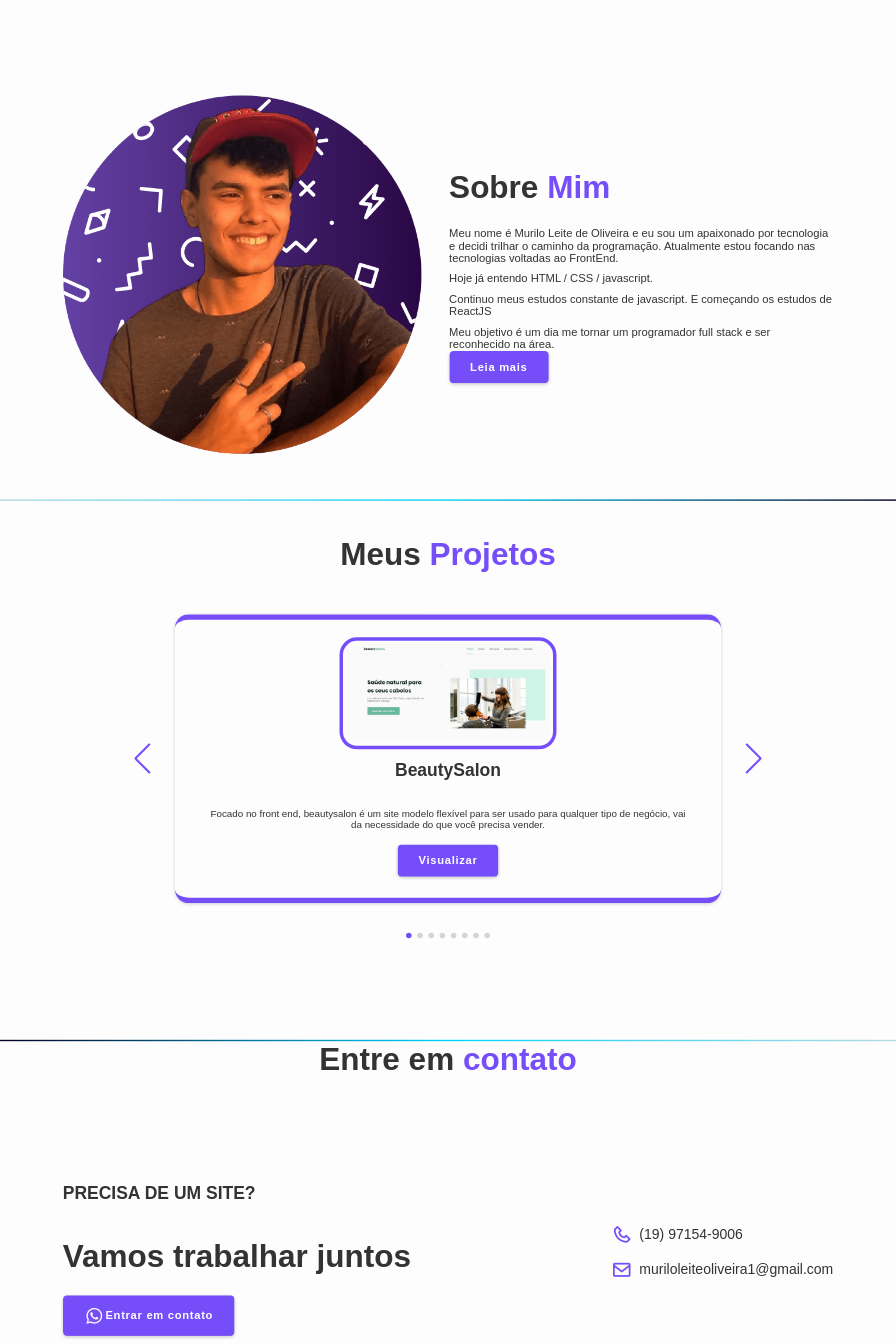
Repository: devMuriloOliveira/Portfolio-
Page: index.html
An editor plug-in stored every save of this project. The page is shown before and after the next save, followed by the edit.
The browser window is 1280 px wide. The pictures show the part of the page from y = 829 to 2749 px (the page is 3020 px tall before and 3085 px after), at 70% of full size.

Above is the page before, as saved 2023-03-14 19:53:48.

### index.html
<!DOCTYPE html>
<html lang="en">
  <head>
    <meta charset="UTF-8" />
    <meta http-equiv="X-UA-Compatible" content="IE=edge" />
    <meta name="viewport" content="width=device-width, initial-scale=1.0" />
    <title>Murilo Oliveira</title>

    <!--swiper css-->
    <link
      rel="stylesheet"
      href="https://cdn.jsdelivr.net/npm/swiper@9/swiper-bundle.min.css"
    />

    <!--box icons-->
    <link
      href="https://unpkg.com/boxicons@2.1.4/css/boxicons.min.css"
      rel="stylesheet"
    />

    <!--font-->
    <link
      rel="stylesheet"
      href="https://fonts.googleapis.com/css2?family=Material+Symbols+Outlined:opsz,wght,FILL,GRAD@20..48,100..700,0..1,-50..200"
    />

    <!--css-->
    <link rel="stylesheet" href="style.css" />
  </head>
  <body>
    <header class="header">
      <a class="logo" href="#">Murilo<span>Oliveira</span>.</a>

      <nav class="navbar">
        <a href="#inicio" class="active">Início</a>
        <a href="#sobre">Sobre</a>
        <a href="#projetos">Projetos</a>
        <a href="#contato">Contato</a>
      </nav>

      <div class="bx bx bx-moon" id="darkMode-icon"></div>

      <div class="bx bx-menu" id="menu-icon"></div>

    </header>

    <!------------inicio------------>

    <section class="inicio" id="inicio">
      <div class="inicio-content">
        <h3>Olá, Eu sou</h3>
        <h1>Murilo Oliveira</h1>
        <p>
          Lorem ipsum dolor sit amet consectetur adipisicing elit. Rerum tenetur
          maiores ex, hic harum et voluptatum voluptas enim, consectetur,
          explicabo nobis quae quaerat laborum ea fugit ratione debitis suscipit
          expedita?
        </p>

        <div class="social-media">
          <a href="#"><i class="bx bxl-instagram"></i></a>
          <a href="#"><i class="bx bxl-linkedin"></i></a>
          <a href="#"><i class="bx bxl-github"></i></a>
        </div>

        <a href="#" class="btn">Entrar em contato</a>
      </div>

      <div class="profession-container">
        <div class="profession-box">
          <div class="profession" style="--i: 0">
            <i class="bx bx-code-alt"></i>
            <h3>desenvolvedor web</h3>
          </div>
          <div class="profession" style="--i: 1">
            <i class="bx bx-code-alt"></i>
            <h3>desenvolvedor web</h3>
          </div>
          <div class="profession" style="--i: 2">
            <i class="bx bx-code-alt"></i>
            <h3>desenvolvedor web</h3>
          </div>
          <div class="profession" style="--i: 3">
            <i class="bx bx-code-alt"></i>
            <h3>desenvolvedor web</h3>
          </div>
          <div class="circle"></div>
        </div>

        <div class="overlay"></div>
      </div>

      <div class="inicio-img">
        <img src="assets/homem_sorrindo-removebg-preview.png" alt="" />
      </div>
    </section>

    <!------------sobre------------>
    <div class="divider-1"></div>

    <section class="sobre" id="sobre">
      <div class="sobre-img">
        <img src="/assets/profile-pic (4).png" alt="" />
      </div>

      <div class="sobre-content">
        <h2 class="heading">Sobre <span>Mim</span></h2>

        <p>
          Meu nome é Murilo Leite de Oliveira e eu sou um apaixonado por
          tecnologia e decidi trilhar o caminho da programação. Atualmente estou
          focando nas tecnologias voltadas ao FrontEnd.
        </p>
        <br />
        <p>Hoje já entendo HTML / CSS / javascript.</p>
        <br />
        <p>
          Continuo meus estudos constante de javascript. E começando os estudos
          de ReactJS
        </p>
        <br />
        <p>
          Meu objetivo é um dia me tornar um programador full stack e ser
          reconhecido na área.
        </p>

        <a href="#" class="btn">Leia mais</a>
      </div>
    </section>

    <!------------projetos------------>
    <div class="divider-2"></div>


    <section class="projetos" id="projetos">
      <h2 class="heading">Meus <span>Projetos</span></h2>

      <div class="projetos-wrapper">
        <div class="projetos-box mySwiper">
          <div class="projetos-content swiper-wrapper">
            <div class="projetos-slide swiper-slide">
              <img src="/assets/fotos-projetos/salon.jpg" alt="" />
              <h3>BeautySalon</h3>
              <p>
                Focado no front end, beautysalon é um site modelo flexível para
                ser usado para qualquer tipo de negócio, vai da necessidade do
                que você precisa vender.
              </p>
              <a
                class="btn"
                target="_blank"
                href="https://devmurilooliveira.github.io/beautysalon/"
                >Visualizar</a
              >
            </div>

            <div class="projetos-slide swiper-slide">
              <img src="/assets/fotos-projetos/doctor-care.jpg" alt="" />
              <h3>DoctorCare</h3>
              <p>
                Focado no front end, DoctorCare é um site modelo flexível para
                ser usado para qualquer tipo de negócio, vai da necessidade do
                que você precisa vender.
              </p>
              <a
                class="btn"
                target="_blank"
                href="https://devmurilooliveira.github.io/doctor-car/"
                >Visualizar</a
              >
            </div>

            <div class="projetos-slide swiper-slide">
              <img src="/assets/fotos-projetos/alura-plus.jpg" alt="" />
              <h3>Alura Plus</h3>
              <p>
                Focado nas práticas do HTML e CSS a Alura Plus é uma tela
                inicial de um serviço de cursos, pode ser usado como para
                qualquer tipo de site que seguem esse estilo.
              </p>
              <a
                class="btn"
                target="_blank"
                href="https://devmurilooliveira.github.io/Alura-Plus/"
                >Visualizar</a
              >
            </div>

            <div class="projetos-slide swiper-slide">
              <img src="/assets/fotos-projetos/alura-books.jpg" alt="" />
              <h3>Alura Books</h3>
              <p>
                Focado nas práticas do HTML e CSS a Alura Books é um site modelo
                que pode ser usado para vendas de livros, totalmente responsivos
                para qualquer tipo de tela.
              </p>
              <a
                class="btn"
                target="_blank"
                href="https://devmurilooliveira.github.io/Alura-Books/"
                >Visualizar</a
              >
            </div>

            <div class="projetos-slide swiper-slide">
              <img src="/assets/fotos-projetos/hzc.jpg" alt="" />
              <h3>HZC</h3>
              <p>
                Focado nas práticas do HTML e CSS o HZC é uma tela inicial de um
                site de skatistas que pode ser usado como base para qualquer
                tipo de site, responsivo para mobile e desktop.
              </p>
              <a
                class="btn"
                target="_blank"
                href="https://devmurilooliveira.github.io/HZC/"
                >Visualizar</a
              >
            </div>

            <div class="projetos-slide swiper-slide">
              <img src="/assets/fotos-projetos/alura-mid.jpg" alt="" />
              <h3>Alura Mid</h3>
              <p>
                Focado nas práticas do javascript O Alura Midi é um instrumento
                musical de interface digital, onde a cada botão vamos reproduzir
                o som de um instrumento.
              </p>
              <a
                class="btn"
                target="_blank"
                href="https://alura-mid-eta.vercel.app/"
                >Visualizar</a
              >
            </div>

            <div class="projetos-slide swiper-slide">
              <img src="/assets/fotos-projetos/mochila-de-viagem.jpg" alt="" />
              <h3>Mochila de Viagem</h3>
              <p>
                Focado nas práticas do javascript o Mochila de Viagem é uma
                lista de itens, onde eu vou registrando tudo que eu não posso
                esquecer e na hora de montar a minha mochila estar tudo ali
                salvo.
              </p>
              <a
                class="btn"
                target="_blank"
                href="https://devmurilooliveira.github.io/Mochila-de-viagem/"
                >Visualizar</a
              >
            </div>

            <div class="projetos-slide swiper-slide">
              <img src="/assets/fotos-projetos/numero-secreto.jpg" alt="" />
              <h3>Numero Secreto</h3>
              <p>
                Focado nas práticas do javascript o Numero Secreto é um jogo
                onde você tem que adivinhar um numero aleatório entre 0 e 1000.
              </p>
              <a
                class="btn"
                target="_blank"
                href="https://jogo-numero-secreto-beige-rho.vercel.app/"
                >Visualizar</a
              >
            </div>
          </div>

          <div class="swiper-button-next"></div>
          <div class="swiper-button-prev"></div>
          <div class="swiper-pagination"></div>
        </div>
      </div>
    </section>

    <!---------------------------contato---------------------------------->
    <div class="divider-1"></div>


    <section class="contato" id="contato">
      <h2 class="heading">Entre em  <span>contato</span></h2>
      <div class="contato-container">
        <div class="text">
          <p>PRECISA DE UM SITE?</p>
          <h2 class="title">Vamos trabalhar juntos</h2>
          <a
            href="https://api.whatsapp.com/send?phone=+5519971549006&text=Oi"
            class="btn"
            target="_blank"
            ><i class='bx bxl-whatsapp' ></i></i> Entrar em contato</a
          >
        </div>

        <div class="links">
          <ul class="grid">
            <li><i class='bx bx-phone'></i></i> (19) 97154-9006</li>
            <li><i class='bx bx-envelope' ></i></i> muriloleiteoliveira1@gmail.com</li>
          </ul>
        </div>

      </div>
    </section>

    <!--------------------------------footer----------------------------------->

    <footer class="footer">
      <div class="footer-text">
        <p>Copyright &copy; 2023 Murilo Oliveira. | Todos os direitos reservados.</p>
      </div>

      <div class="footer-iconTop">
        <a href="#"><i class='bx bx-up-arrow-alt'></i></a>
      </div>
    </footer>

    <!--swiper js-->
    <script src="https://cdn.jsdelivr.net/npm/swiper@9/swiper-bundle.min.js"></script>

    <!--main js-->
    <script src="/main.js"></script>
  </body>
</html>

### style.css
*{
  margin: 0;
  padding: 0;
  box-sizing: border-box;
  text-decoration: none;
  border: none;
  outline: none;
  scroll-behavior: smooth;
  font-family: 'Poppins', sans-serif;
}

:root{
  --bg-color: #fdfdfd;
  --text-color: #333;
  --main-color: #754ef9;
  --white-color: #fdfdfd;
  --shadow-color: rgba(0, 0, 0, .2);
}

html{
  font-size: 62.5%;
  overflow-x: hidden;
}

body{
  background: var(--bg-color);
  color: var(--text-color);
}

.divider-1 {
  height: 2px;
  margin: 50px 0;
  background: rgb(2,0,36);
  background: linear-gradient(90deg, rgba(2,0,36,1) 0%, rgba(0,212,255,1) 50%, rgba(0,132,158,0.28895308123249297) 100%);
}

.divider-2 {
  height: 2px;
  background: rgb(0,132,158);
  background: linear-gradient(90deg, rgba(0,132,158,0.28895308123249297) 0%, rgba(0,212,255,1) 50%, rgba(2,0,36,1) 100%);
}


.header{
  position: fixed;
  top: 0;
  left: 0;
  width: 100%;
  padding: 2rem 7%;
  background: transparent;
  display: flex;
  align-items: center;
  z-index: 100;
  transition: .5s;
}

.sticky{
  background: var(--bg-color);
  box-shadow: 0 .1rem 1rem var(--shadow-color);
}

.logo{
  font-size: 2.5rem;
  color: var(--main-color);
  font-weight: 600;
  cursor: default;
  margin-right: auto;
}

.navbar a{
  position: relative;
  font-size: 1.7rem;
  color: var(--white-color);
  font-weight: 500;
  margin-right: 3.5rem;
}

 .sticky .navbar a{
  color: var(--text-color);
}

 .sticky .navbar a.active{
  color: var(--main-color);
}


.navbar a.active::before{
  content: '';
  position: absolute;
  left: 0;
  bottom: -6px;
  width: 100%;
  height: .2rem;
  background: var(--white-color);
}

  .sticky .navbar a::before{
  background: var(--main-color);
  opacity: .7;
}


#darkMode-icon{
  font-size: 2.4rem;
  color: var(--white-color);
  cursor: pointer;
}

.sticky #darkMode-icon{
  color: var(--text-color);
  opacity: .9;
}

#menu-icon{
  font-size: 3.6rem;
  color: var(--text-color);
  display: none;
}

section{
  min-height: 100vh;
  padding: 10rem 7% 2rem;
}

.inicio{
  display: flex;
  align-items: center;
}

.inicio .inicio-content{
  max-width: 44rem;
}

.inicio-content h3{
  font-size: 3.2rem;
  font-weight: 700;
  line-height: .3;
}

.inicio-content h1{
  font-size: 5.6rem;
  font-weight: 700;
  margin-bottom: .3rem;
}

.inicio-content p{
  font-size: 1.6rem;
}

.inicio-content .social-media a{
  display: inline-flex;
  justify-content: center;
  align-items: center;
  width: 4rem;
  height: 4rem;
  background: transparent;
  border: .2rem solid var(--main-color);
  border-radius: 50%;
  box-shadow: 0 .2rem .5rem var(--shadow-color);
  font-size: 2rem;
  color: var(--main-color);
  margin: 2.5rem 1.5rem 3rem 0;
  transition: .5s ease;
}

.inicio-content .social-media a:hover{
  background: var(--main-color);
  color: var(--white-color);
}

.btn{
  display: inline-block;
  padding: 1.2rem 2.8rem;
  background: var(--main-color);
  border-radius: .6rem;
  box-shadow: 0 .2rem .5rem var(--shadow-color);
  font-size: 1.6rem;
  color: var(--white-color);
  letter-spacing: .1rem;
  font-weight: 600;
  border: .2rem solid transparent;
  transition: .5s ease;
}

.btn:hover{
  background: transparent;
  color: var(--main-color);
  border-color: var(--main-color);
}

.inicio .profession-container{
  position: absolute;
  top: 50%;
  right: 0;
  transform: translateY(-50%);
  width: 768px;
  height: 768px;

  overflow: hidden;
  pointer-events: none;
}

.inicio .profession-container .profession-box{
  position: absolute;
  top: 0;
  right: 0;
  width: 768px;
  height: 768px;
  border-radius: 50%;
  display: flex;
  justify-content: center;
  align-items: center;
}

.inicio .profession-box .profession{
  position: absolute;
  left: 0;
  display: flex;
  align-items: center;
  flex-direction: column;
  color: var(--main-color);
  transform: rotate(calc(360deg / 4 * var(--i)));
  transform-origin: 384px;
  background: var(--bg-color);
  padding: 13px 0;
}

.inicio .profession-box .profession:nth-child(1) i {
  margin-right: 15px;
}

.inicio .profession-box .profession:nth-child(2),
.inicio .profession-box .profession:nth-child(4) {
  padding-bottom: 20px;
}

.inicio .profession i{
  font-size: 3.8rem;
}

.inicio .profession h3{
  font-size: 3.2rem;
  line-height: 1;
  font-weight: 600;
}

.inicio .profession-box .circle{
  width: 560px;
  height: 560px;

  border: 3px solid var(--main-color);
  border-radius: 50%;
}

.inicio .profession-container .overlay{
  position: absolute;
  top: 0;
  right: 0;
  width: 0;
  height: 0;
  border-top: 384px solid var(--main-color);
  border-right: 384px solid var(--main-color);
  border-bottom: 384px solid var(--main-color);
  border-left: 384px solid transparent;

}

.inicio-img img{
  position: absolute;
  bottom: 0;
  right: 0;
  width: 50%;
  pointer-events: none;
}

span{
  color: var(--main-color);
}

.sobre{
  display: flex;
  justify-content: center;
  align-items: center;
  gap: 4rem;
}

.sobre-img img{
  width: 40vw;
}

.heading{
  font-size: 4.5rem;
  text-align: center;
}

.sobre-content h2{
  text-align: left;
  line-height: 1.2;
  margin-bottom: 3rem;
}

.sobre-content p{
  font-size: 1.6rem;

}

/*--------------------projetos-------------------*/

.projetos{
  display: flex;
  align-items: center;
  flex-direction: column;
  width: 100%;
  padding: 5rem 1rem;
}

.projetos .projetos-wrapper{
  position: relative;
  max-width: 90rem;
  width: 100%;
  padding: 5rem;
}

.projetos-wrapper .projetos-box{

  padding: 1rem;
  border-radius: 2rem;
  overflow: hidden;
}

.projetos-content .projetos-slide{
  display: flex;
  align-items: center;
  flex-direction: column;
  background: var(--bg-color);
  border-radius: 2rem;
  box-shadow: 0 .1rem .5rem var(--shadow-color);
  padding: 3rem 5rem;
  border-top: .8rem solid var(--main-color);
  border-bottom: .8rem solid var(--main-color);
}

.projetos-slide img{
  height: 15rem;
  width: 30rem;
  object-fit: cover;
  border-radius: 2rem;
  border: .5rem solid var(--bg-color);
  outline: .5rem solid var(--main-color);
}

.projetos-slide h3{
  font-size: 2.5rem;
  margin: 2rem 0;
}

.projetos-slide p{
  font-size: 1.4rem;
  text-align: center;
  margin: 2rem 0;
}

.projetos-box .swiper-button-next,
.projetos-box .swiper-button-prev{
  color: var(--main-color);
}

.projetos-box .swiper-button-next{
  right: 0;
}

.projetos-box .swiper-button-prev{
  left: 0;
}

.projetos-box .swiper-pagination-bullet{
  background: rgba(0, 0, 0, .8);
}

.projetos-box .swiper-pagination-bullet-active{
  background: var(--main-color);
}

/*=================contato=====================*/
#contato{
  margin-top: -15rem;
}

.contato-container{
  display: flex;
  align-items: center;
  margin-top: 15rem;
}

#contato .text{
  margin-right: auto;
}

#contato .text p{
  font-size: 2.5rem;
  font-weight: 700;

}

#contato .title{
  font-size: 4.5rem;
  font-weight: 700;
  margin: 5rem 0 3rem 0;
}

#contato .btn {
  display: inline-flex;
  align-items: center;
}

#contato .btn i{
  font-size: 3rem;
  align-items: center;
}

#contato .links{
  font-size: 2rem;

}

#contato .links ul li {
  display: flex;
  align-items: center;
  margin-bottom: 2rem;

}

#contato .links i {
  color: var(--main-color);
  margin-right: 1rem;
  font-size: 3rem;
}

/*====================footer=====================*/

.footer{
  display: flex;
  justify-content: space-between;
  align-items: center;
  flex-wrap: wrap;
  padding: 2rem 7%;
  background: var(--main-color);
}

.footer-text{
  font-size: 1.6rem;
  color: var(--white-color);
}

.footer-iconTop a{
  display: inline-flex;
  justify-content: center;
  align-items: center;
  padding: .8rem;
  background: var(--white-color);
  border-radius: .8rem;
  border: .2rem solid var(--main-color);
  outline: .2rem solid transparent;
  transition: .5s ease;
}

.footer-iconTop a:hover{
  outline-color: var(--white-color);
}

.footer-iconTop a i{
  font-size: 2.4rem;
  color: #333;
}


/*------------------------------------breakpoint-----------------------------------*/

@media (max-width: 1200px){
  html{
    font-size: 55%;
  }

  .inicio .profession-container{
    height: 85.8rem;
  }

  .inicio .profession-container .profession-box{
    right: -12rem;
    height: 85.8rem;
  }

  .inicio .profession-container .overlay{
    right: -9rem;
  }
}

@media (max-width: 1024px){
  .header{
    padding: 2rem 3%;
  }

  section{
    padding: 10rem 3% 2rem;
  }

  .inicio .profession-container .profession-box{
    right: -22rem;
  }

  .inicio .profession-container .overlay{
    right: -15rem;
  }
}

@media (max-width: 991px){
  .navbar a:nth-child(1),
  .navbar a:nth-child(2){
    color: var(--main-color);
  }

  .navbar a.active::before{
    background: var(--main-color);
    opacity: .7;
  }

  .inicio .inicio-content{
    max-width: 50rem;
  }

  .inicio .profession-container .profession-box{
    right: -45rem;
  }

  .inicio .profession-container .overlay{
    right: -39.5rem;
  }

  .inicio-img img{
    display: none;
  }

  .contato{
    min-height: auto;
  }

  .footer{
    padding: 2rem 3%;
  }

}

@media (max-width: 768px){
  #menu-icon{
    display: block;
  }

  #darkMode-icon{
    position: absolute;
    right: 7rem;
    font-size: 2.6rem;
    color: var(--text-color);
    margin-bottom: .1rem;
  }

  .navbar{
    position: absolute;
    top: 100%;
    left: 0;
    width: 100%;
    padding: 1rem 3%;
    background: var(--bg-color);
    border: .1rem solid rgba(0, 0, 0, .2);
    box-shadow: 0 .5rem 1rem rgba(0, 0, 0, .1);
    display: none;
  }

  .active{
    display: block;
  }


  .navbar a{
    display: block;
    font-size: 3rem 0;
    margin: 3rem 0;
    color: var(--text-color);
  }

  .navbar a:nth-child(1),
  .navbar a:nth-child(2){
    color: var(--text-color);
  }

  .navbar a.active{
    color: var(--main-color);
  }

  .navbar a::before{
    display: none;
  }

  .inicio{
    padding: 0 3% 12rem;
    justify-content: center;
    text-align: center;
  }

  .inicio-content h3{
    font-size: 2.6rem;
  }

  .inicio-content h1{
    font-size: 5rem;
  }

  .inicio-content .social-media a{
    margin: 2.5rem .75rem 3rem;
  }

  .inicio .profession-container{
    left: 0;
    width: 100%;
    height: 100%;
  }

  .inicio .profession-container .profession-box{
    position: fixed;
    top: 60%;
    left: 0;
    border-radius: 0;
    width: 100%;
  }

  .inicio .profession-box .profession{
    padding: 0 13px;
    left: auto;
    transform-origin: 0;
  }

  .inicio .profession-box .profession:nth-child(1){
    transform: rotate(-90deg) translate(-120px, -120px);
  }

  .inicio .profession-box .profession:nth-child(1) i{
    margin: 0;
  }

  .inicio .profession-box .profession:nth-child(2){
    transform: rotate(0deg) translate(0, -335px);
  }

  .inicio .profession-box .profession:nth-child(3){
    transform: rotate(90deg) translate(-115px, -450px);
  }

  .inicio .profession-box .profession:nth-child(4){
    transform: rotate(180deg) translate(220px, -335px);
  }

  .inicio .profession-box .circle{
    position: fixed;
    width: 670px;
    height: 670px;
    z-index: -1;
  }

  .inicio .profession-container .overlay{
    position: fixed;
    top: 70rem;
    left: 50%;
    right: 0;
    transform: rotate(90deg) translate(-50%, 50%) scaleY(3);
    border-width: 23.9rem;
  }

  .sobre{
    flex-direction: column-reverse;
    text-align: center;
  }

  .sobre-content h2{
    text-align: center;
  }

  .sobre-img img{
    width: 70vw;
    margin-top: -2rem;
  }

  .projetos .projetos-wrapper{
    padding: 5rem 0;
  }

  .projetos-content .projetos-slide{
    padding: 3rem 2rem;
  }

  .projetos-box .swiper-button-next,
  .projetos-box .swiper-button-prev{
    display: none;
  }

  .contato-container{
    display: block;
    align-items: center;
    margin-top: 15rem;
    text-align: center;
  }

  #contato .text p{
    margin-top: -5rem;
    margin-bottom: -3rem;
  }

  #contato .links .grid{
    display: inline-block;
    margin: 5rem 0;
  }

}

@media (max-width: 450px){
  html{
    font-size: 50%;
  }

  #darkMode-icon{
    right: 6rem;
  }

  .inicio{
    padding: 0 3% 30rem;
  }

  .inicio .profession-box .profession:nth-child(1){
    transform: rotate(-90deg) translate(-110px, -220px);
  }

  .inicio .profession-box .profession:nth-child(2){
    transform: rotate(0deg) translate(5px, -335px);
  }

  .inicio .profession-box .profession:nth-child(3){
    transform: rotate(90deg) translate(-105px, -440px);
  }

  .inicio .profession-box .profession:nth-child(4){
    transform: rotate(180deg) translate(-210px, -335px);
  }
}

@media (max-width: 365px){
  .sobre-img img{
    width: 90vw;
  }

  .footer{
    flex-direction: column-reverse;
  }
  .footer p{
    text-align: center;
    margin-top: 2rem;
  }
}

Loaded but not shown: main.js (62 lines, source omitted)

After the next save:
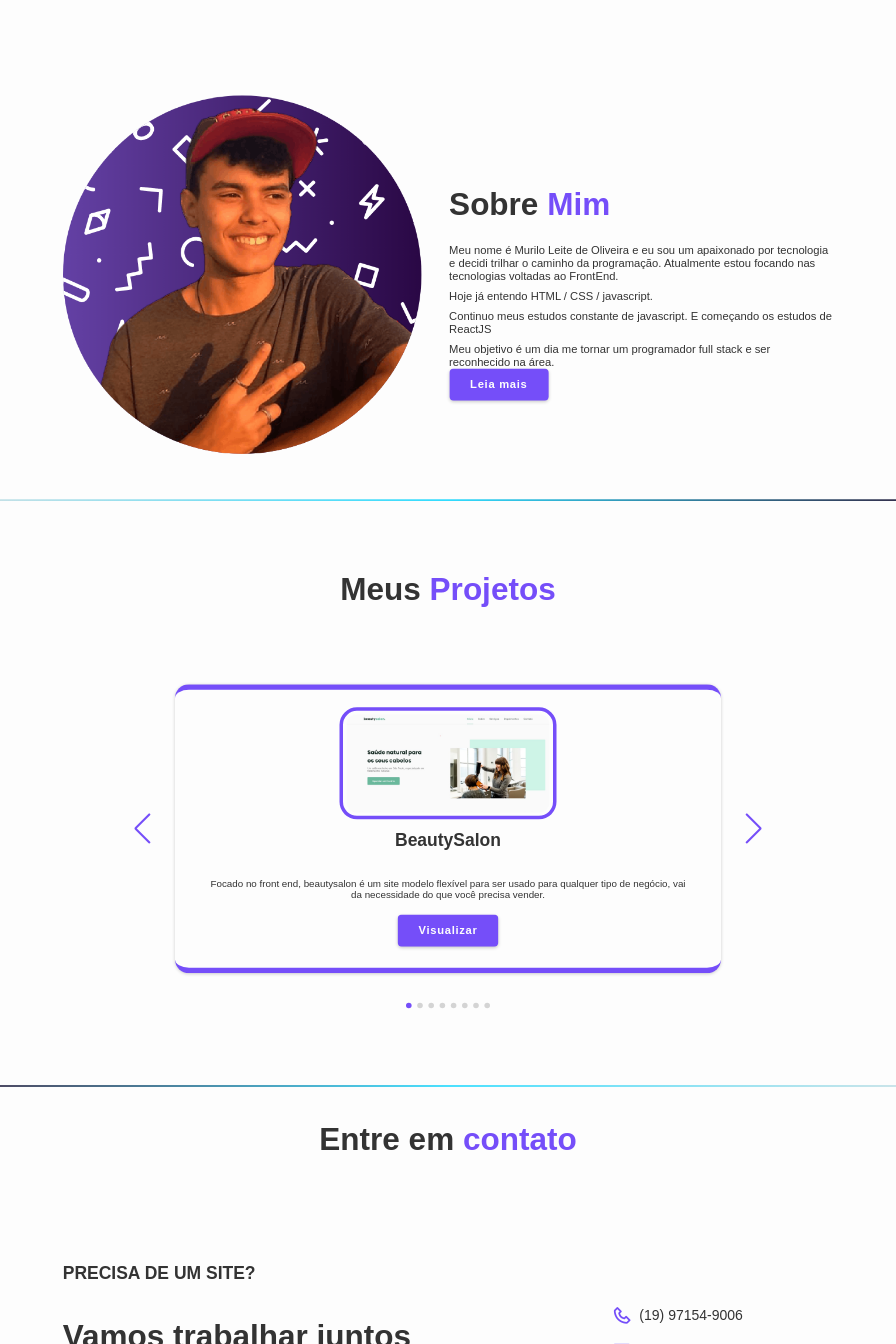
Saved 3 min 18 s later.
--- a/style.css
+++ b/style.css
@@ -291,6 +291,7 @@ span{
 .heading{
   font-size: 4.5rem;
   text-align: center;
+  margin: 5rem 0;
 }
 
 .sobre-content h2{
